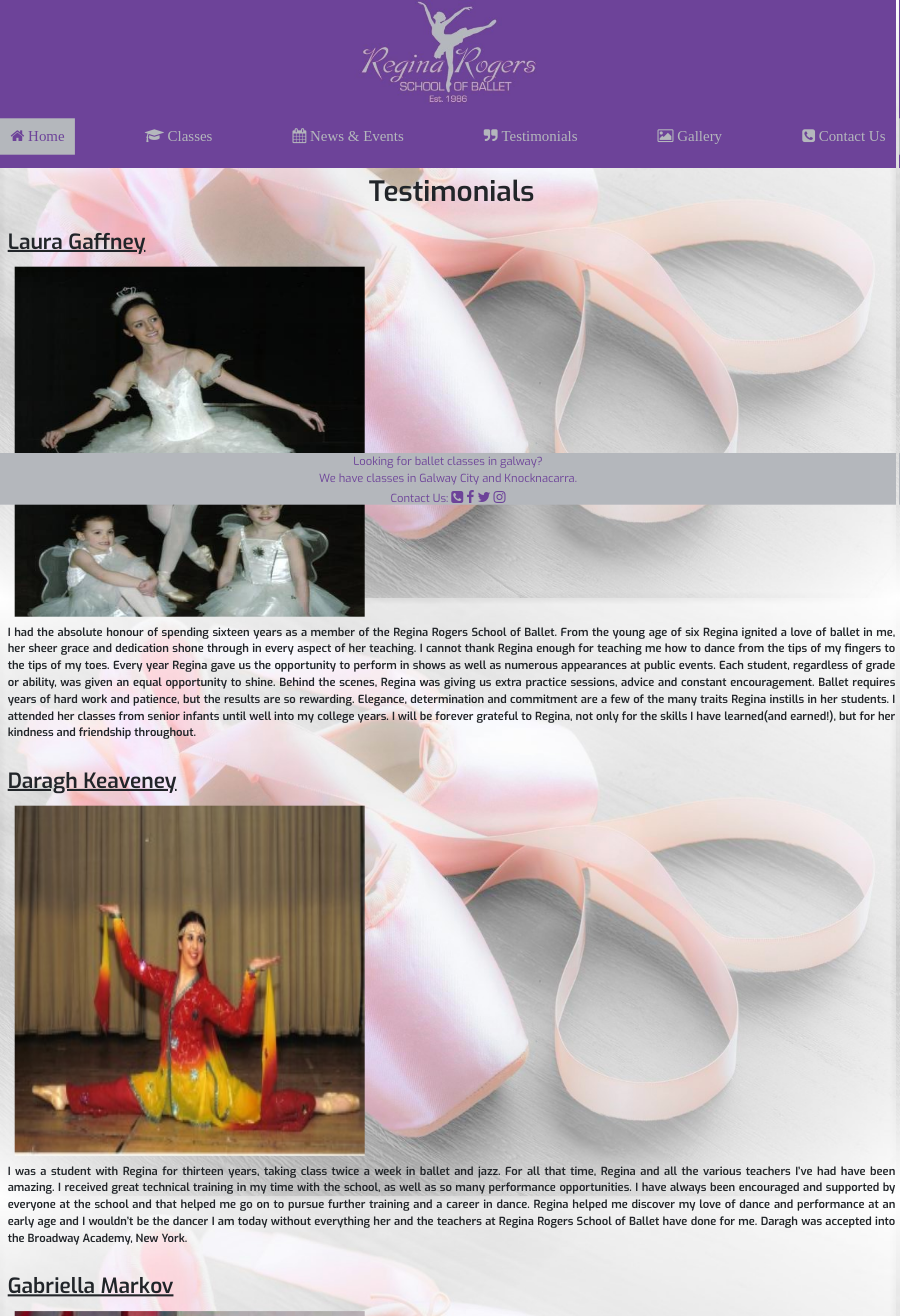
Repository: davidtmiller2010/galwayballet
Page: Testimonial.html
The author's editor kept a record of every edit. The page is drawn from the files as they stood at one moment, then again after the next edit.
The browser window is 1280 px wide. The page is 1285 px wide, so the pictures cover 1285 px, including what lies to the right of the window. The pictures show the part of the page from y = 0 to 1880 px (the page is 3294 px tall), at 70% of full size.

Above is the page before.

After the next edit:
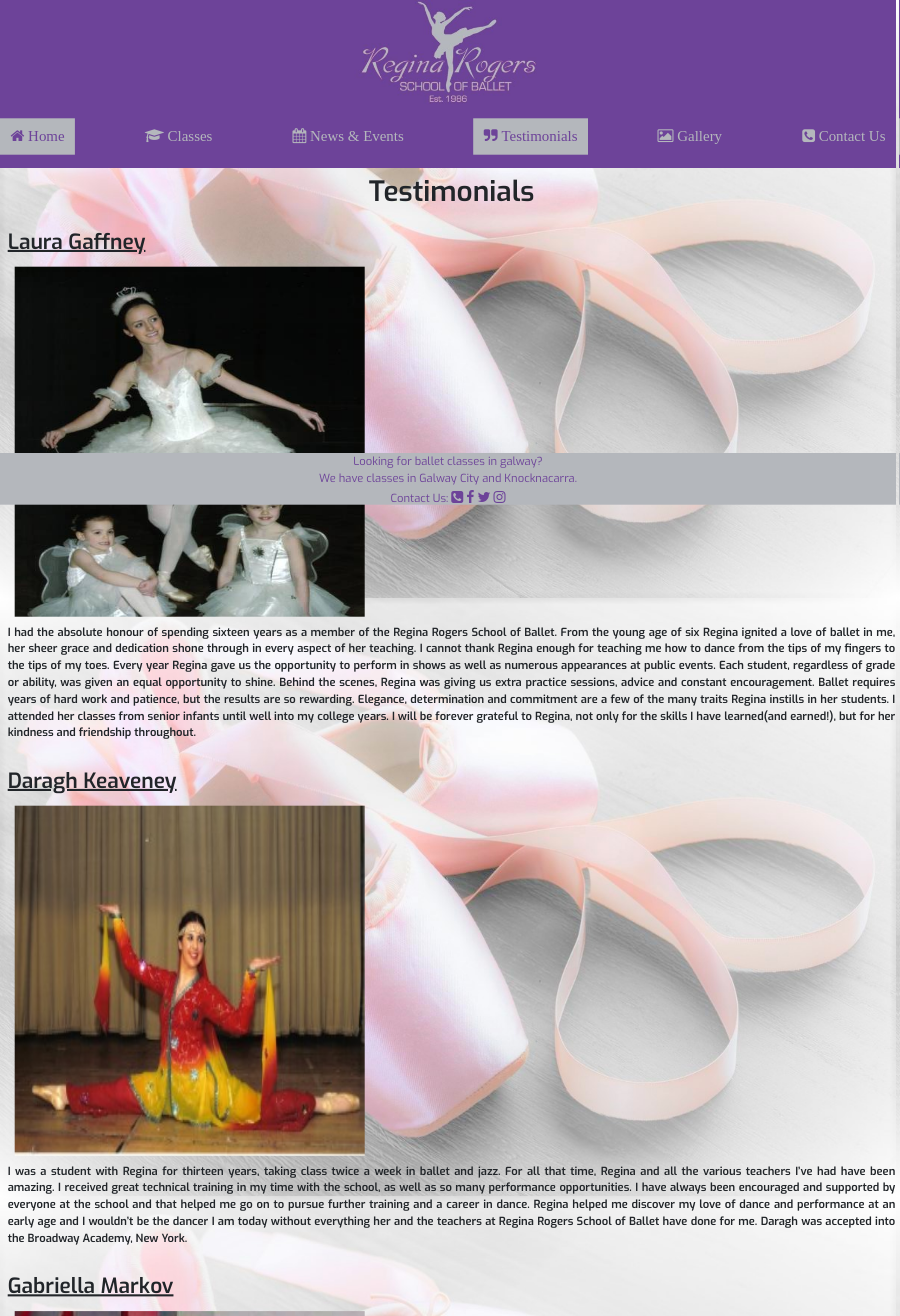
The edit:
--- a/Testimonial.html
+++ b/Testimonial.html
@@ -26,7 +26,7 @@
                 <li><a href="index.html" class="active col-12  col-2"><i class="fa fa-home fa-lg"> Home</i></a></li>
                 <li><a href="Classes.html" class=" col-12  col-2"><i class="fa fa-graduation-cap fa-lg"> Classes</i></a></li>
                 <li><a href="News.html" class=" col-12  col-2"><i class="fa fa-calendar fa-lg"> News & Events</i></a></li>
-                <li><a href="Testimonial.html" class=" col-12  col-2"><i class="fa fa-quote-right fa-lg"> Testimonials</i></a></li>
+                <li><a href="Testimonial.html" class="active col-12  col-2"><i class="fa fa-quote-right fa-lg"> Testimonials</i></a></li>
                 <li><a href="Gallery.html" class=" col-12  col-2"><i class="fa fa-image fa-lg"> Gallery</i></a></li>
                 <li><a href="Contact.html" class=" col-12  col-2"><i class="fa fa-phone-square fa-lg"> Contact Us</i></a></li>
             </ul>
